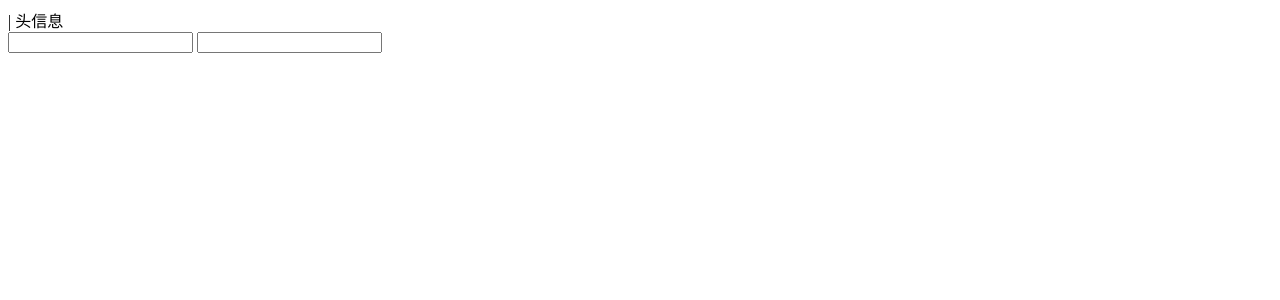
Repository: debug404/all
Page: http://localhost/work1117/login.jsp
The author's editor kept a copy of each file at every save. The page is drawn from the files as they stood at one save, then again after the next save.
The browser window is 1280 px wide. The pictures show the whole page.
The page is served by Tomcat 9.

Above is the page before, as saved 2015-11-17 02:08:17.

After the next save:
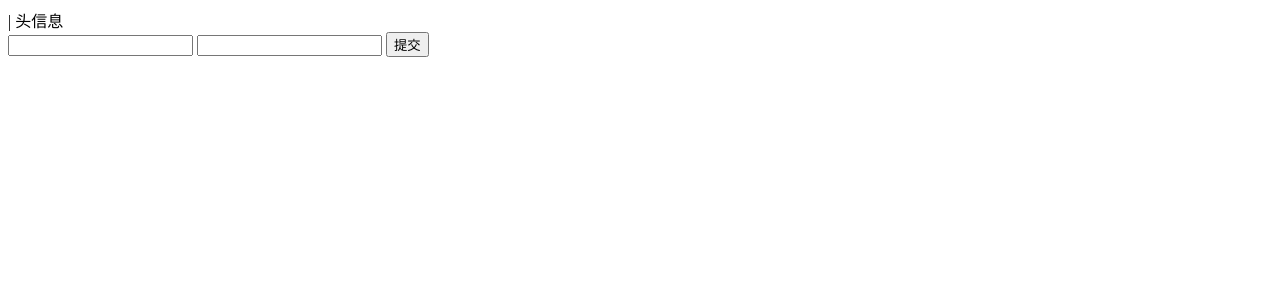
Saved 37 s later.
--- a/work1117/WebContent/login.jsp
+++ b/work1117/WebContent/login.jsp
@@ -10,7 +10,7 @@
 	|<jsp:include page="header.jsp"></jsp:include>
 	<form action="main.jsp" method="post">
 		<input type="text" name="username" /> <input type="password"
-			name="password" />
+			name="password" /> <input type="submit" value="提交" />
 	</form>
 </body>
 </html>
